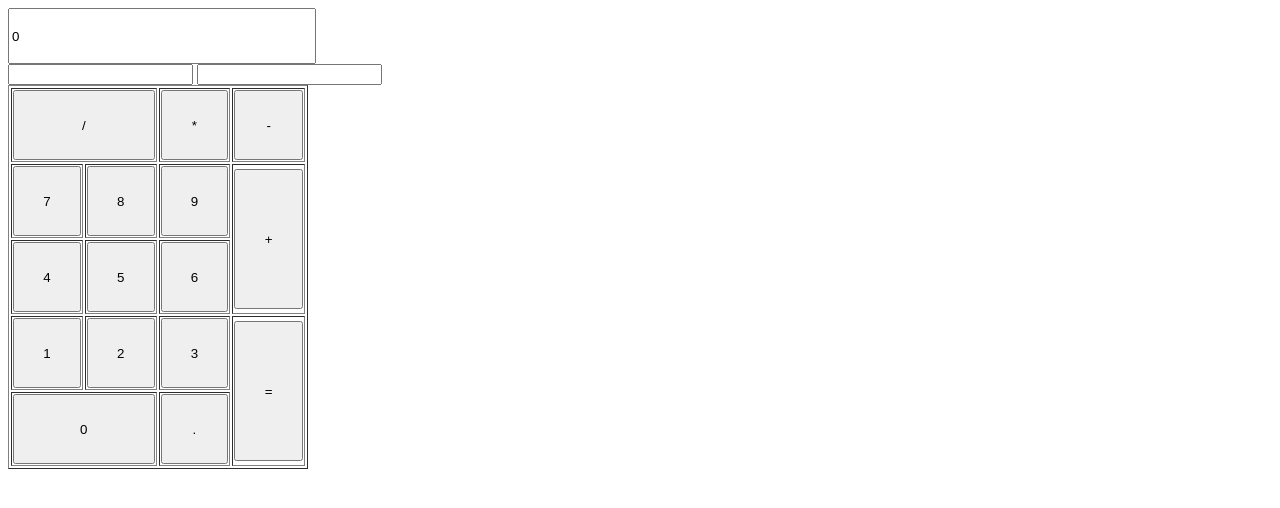
Repository: violetaplum/eclipseJSP
Page: http://localhost/JSP/calc1.jsp
An editor plug-in stored every save of this project. The page is shown before and after the next save, followed by the edit.
The browser window is 1280 px wide. The pictures show the whole page.
The page is served by Tomcat 9.

Above is the page before, as saved 2019-06-07 12:00:00.

After the next save:
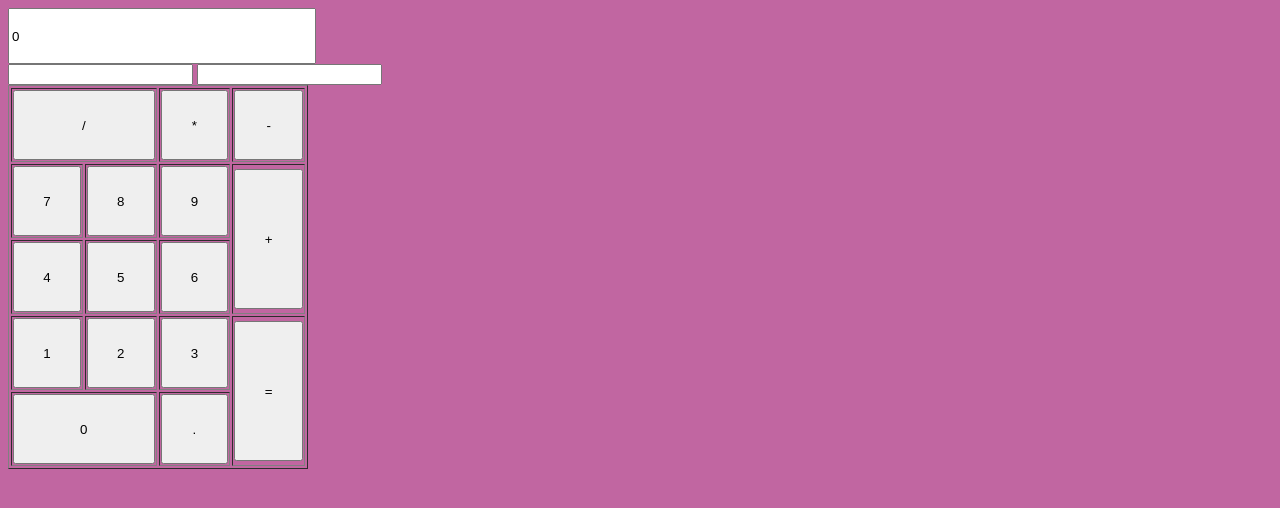
Saved 75 s later.
--- a/JSP/WebContent/calc1.jsp
+++ b/JSP/WebContent/calc1.jsp
@@ -5,7 +5,12 @@
 <head>
 <meta http-equiv="Content-Type" content="text/html; charset=UTF-8">
 <title>Insert title here</title>
-
+<style>
+body
+{
+  background: #c166a1;
+}
+</style>
 <script type="text/javascript">
     function add(str) {
         //alert(str); 경고창 띄울 때
